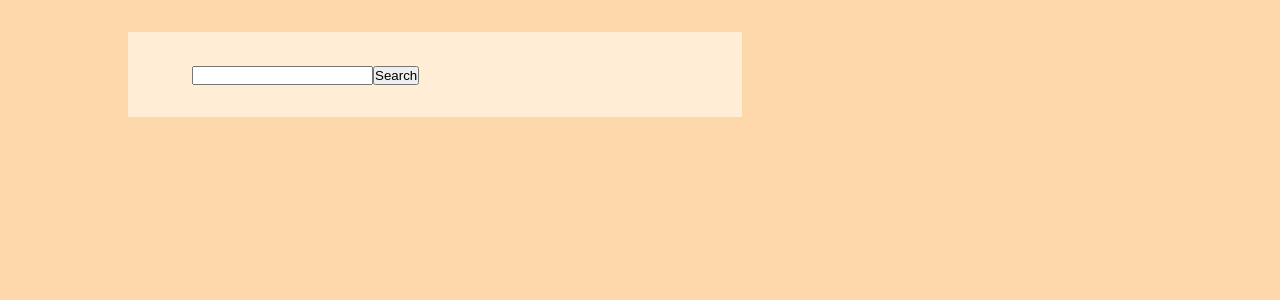
Repository: sandipkarmokar/recipeApp
Page: /
The author's editor kept a copy of each file at every save. The page is drawn from the files as they stood at one save, then again after the next save.
The browser window is 1280 px wide. The pictures show the whole page.
The project was rebuilt for these pictures with package versions that can differ from the ones it lists, and the page was loaded fresh each time.

Above is the page before, as saved 2022-04-16 11:44:58.

After the next save:
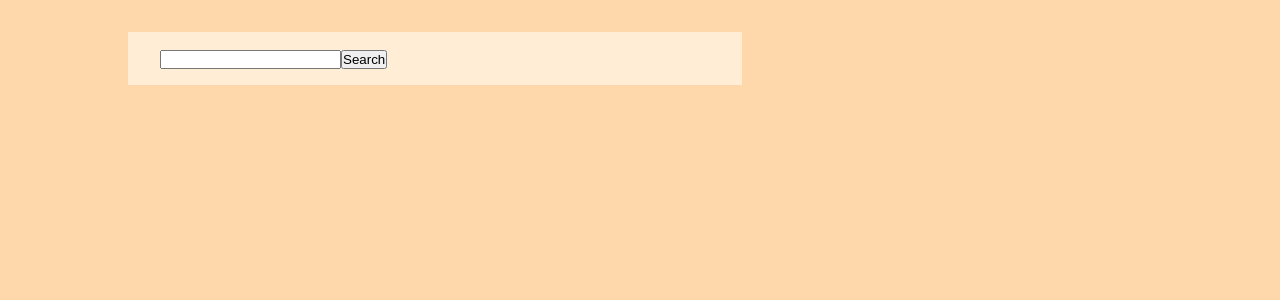
Saved 16 s later.
--- a/src/App.css
+++ b/src/App.css
@@ -22,7 +22,5 @@
     padding: 1rem 2rem;
 }
 .app .app-container .searchBar .searchBar-container {
-    width: 60%;
-    background-color: #ffedd5;
-    padding: 1rem 2rem;
+    margin: 0 auto;
 }
